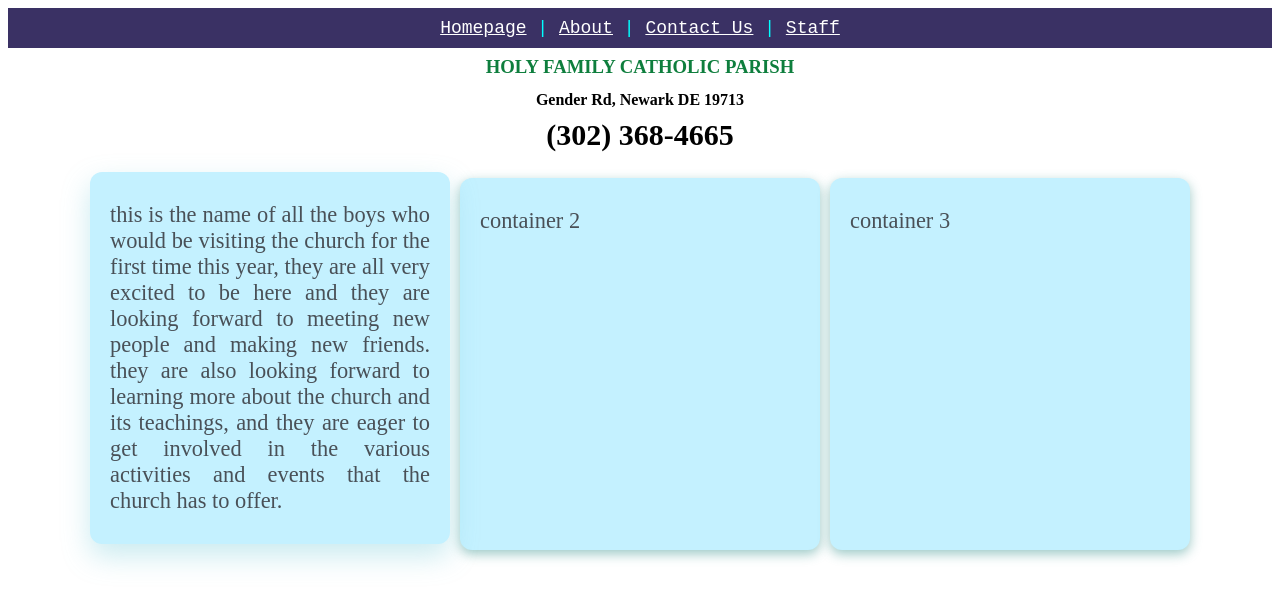
Repository: ficotims/HTML-RESTART
Page: Homepage.html
The author's editor kept a copy of each file at every save. The page is drawn from the files as they stood at one save, then again after the next save.
The browser window is 1280 px wide. The pictures show the whole page.
The pointer rests on the first visible `.box`.

Above is the page before, as saved 2026-02-10 23:04:50.

After the next save:
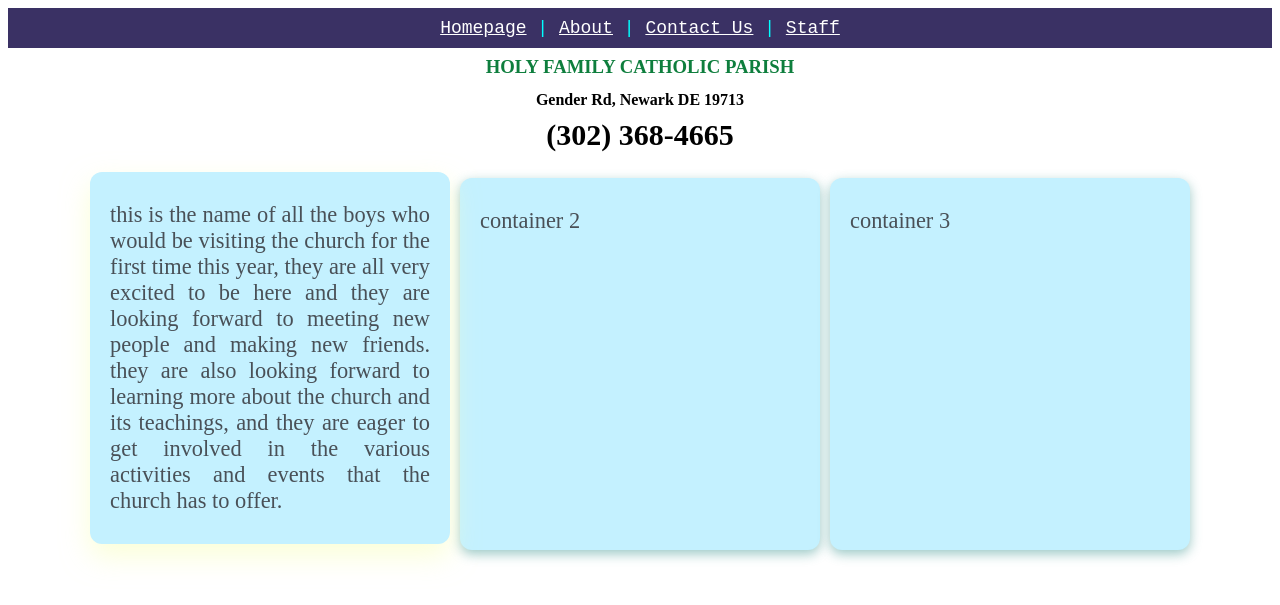
Saved 17 s later.
--- a/Style 1.css
+++ b/Style 1.css
@@ -29,5 +29,5 @@ margin: 50px;}
 /* Optional: hover effect */
 .box:hover {
   transform: translateY(-6px);
-  box-shadow: 0 12px 28px rgba(111, 202, 214, 0.37);
+  box-shadow: 0 12px 28px rgba(249, 255, 192, 0.63);
 }
